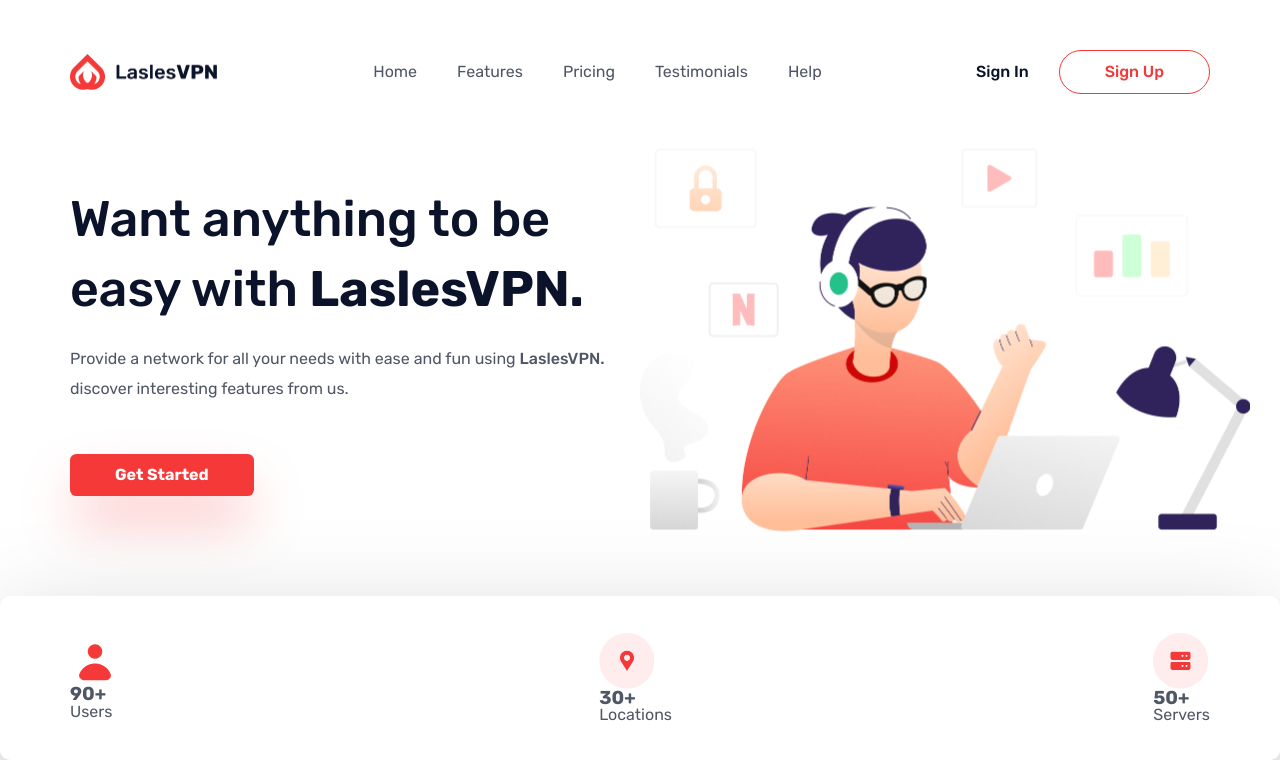
Repository: kebinh1235/lasles-demo
Page: index.html
These files come from the project's save history. The page is drawn as it stood at one moment and after the next save; the edit follows.
The browser window is 1280 px wide. The pictures show the whole page.
The style sheet was rebuilt from its Sass, Less or Tailwind sources for each picture, by a compiler version that may differ from the author's.

Above is the page before, as saved 2021-10-31 00:55:06.

### index.html
<!DOCTYPE html>
<html lang="en">
<head>
  <meta charset="UTF-8">
  <meta http-equiv="X-UA-Compatible" content="IE=edge">
  <meta name="viewport" content="width=device-width, initial-scale=1.0">
  <title>Lales VPN</title>
  <!-- Google Font -->
  <link rel="preconnect" href="https://fonts.googleapis.com">
  <link rel="preconnect" href="https://fonts.gstatic.com" crossorigin>
  <link href="https://fonts.googleapis.com/css2?family=Nunito:wght@300;400&family=Rubik:wght@400;500;700&display=swap" rel="stylesheet">
  <!-- CSS -->
  <link rel="stylesheet" href="./css/app.css">
</head>
<body>
  <div class="wrapper">
    <header class="header">
      <div class="container">
        <div class="header__container">
          <img class="header__logo" srcset="./images/logo.png 2x" alt="Logo">
          <ul class="menu">
            <li class="menu-item">
              <a href="#" class="menu-link">Home</a>
            </li>
            <li class="menu-item">
              <a href="#" class="menu-link">Features</a>
            </li>
            <li class="menu-item">
              <a href="#" class="menu-link">Pricing</a>
            </li>
            <li class="menu-item">
              <a href="#" class="menu-link">Testimonials</a>
            </li>
            <li class="menu-item">
              <a href="#" class="menu-link">Help</a>
            </li>
          </ul>
          <div class="header__auth">
            <a href="#" class="header__auth-signin">Sign In</a>
            <a href="#" class="btn btn__outline">Sign Up</a>
          </div>
        </div>
      </div>
    </header>
    <main>
      <section class="hero">
        <div class="container">
          <div class="hero__container">
            <div class="hero__content">
              <h1 class="hero__title">
                Want anything to be easy with <strong>LaslesVPN.</strong>
              </h1>
              <p class="hero__desc">Provide a network for all your needs with ease and fun using <strong>LaslesVPN.</strong> discover interesting features from us.</p>
              <a href="#" class="btn btn__primary">Get Started</a>
            </div>
            <div class="hero__img">
              <img srcset="./images/hero.png 2x" alt="">
            </div>
          </div>
        </div>
      </section>
      <section class="intro">
        <div class="container">
          <div class="intro__container">
            <div class="intro__item">
              <div class="intro__icon">
                <img src="./images/Icon/Group 1216.png" alt="Users" title="Users">
              </div>
              <div class="intro__info">
                <h3 class="intro__title">90+</h3>
                <span class="intro__text">Users</span>
              </div>
            </div>
            <div class="intro__item">
              <div class="intro__icon">
                <img srcset="./images/Icon/location.png 2x"alt="Location" title="Location">
              </div>
              <div class="intro__info">
                <h3 class="intro__title">30+</h3>
                <span class="intro__text">Locations</span>
              </div>
            </div>
            <div class="intro__item">
              <div class="intro__icon">
                <img srcset="./images/Icon/Server.png 2x" alt="Server" title="Server">
              </div>
              <div class="intro__info">
                <h3 class="intro__title">50+</h3>
                <span class="intro__text">Servers</span>
              </div>
            </div>
          </div>
        </div>
      </section>
    </main>
  </div>
</body>
</html>

### sass/app.scss
@import "variables";
@import "global";
@import "reset";
@import "header";
@import "hero";
@import "intro";

### sass/_variables.scss
$font: "Rubik", sans-serif;
$text-color: #4f5665;
$heading-color: #0b132a;
$primary-color: #f53838;
$gray-color: #DDE0E4;
$white-color: #fff;

### sass/_global.scss
.wrapper {
  max-width: 1440px;
  margin: 0 auto;
}
.container {
  max-width: 1170px;
  padding: 0 15px;
  margin: 0 auto;
}
body {
  font-family: $font;
  color: $text-color;
  line-height: 1;
  font-weight: 400;
}
.btn {
  display: inline-block;
  padding: 13px 45px;
  border-radius: 100rem;
  font-family: $font;
  line-height: 1;
  font-weight: 500;
  cursor: pointer;
  &__primary {
    background: $primary-color;
    font-weight: 700;
    color: $white-color;
    border-radius: 0.4rem;
    box-shadow: 0 30px 54px -5px rgba(245, 56, 56, 0.35);
    &:hover {
      background: $white-color;
      transition: all .3s linear;
      color: $primary-color;
      border: 1px solid;
    }
  }
  &__outline {
    background: transparent;
    color: $primary-color;
    border: 1px solid $primary-color;
    font-weight: 500;
    &:hover {
      background: $primary-color;
      transition: all .3s linear;
      color: $white-color;
    }
  }
}

### sass/_reset.scss
html {
box-sizing: border-box;
}
* {
  margin: 0;
  padding: 0;
  text-decoration: none;
  list-style: none;
}
*,*:before,*:after {
box-sizing: border-box;
}
input,
textarea,
select,
button{
outline: none;
}
input{
line-height: normal;
}
label,
button{
cursor: pointer;
}
a {
text-decoration: none;
}
img {
display: block;
max-width: 100%;
}

### sass/_header.scss
.header {
  padding-top: 50px;
  padding-bottom: 90px;
  &__container {
    display:flex;
    justify-content: space-between;
    align-items: center;
  }
  &__auth {
    display:flex;
    align-items: center;
    gap: 0 30px;
    text-transform: capitalize;
    font-weight: 500;
    &-signin {
      color: $heading-color;
    }
    &-signup {
      color: $primary-color;
      border: 1px solid $primary-color;
      padding: 13px 45px;
      border-radius: 100rem;
    }

  }
}
.menu {
  display: flex;
  align-self: center;
  gap: 0 40px;
  &-link {
    color: inherit;
  }
}

### sass/_hero.scss
.hero {
  padding-bottom: 100px;
  &__container {
    display:flex;
    justify-content: space-between;
    align-items: center;
    gap: 0 40px;
    position: relative;
  }
  &__content {
    width: 100%;
    max-width: 555px;
  }
  &__title {
    font-size: 50px;
    font-weight: 500;
    margin-bottom: 20px;
    line-height: calc(70 / 50);
    color: $heading-color;
  }
  &__desc {
    flex-shrink: 0;
    line-height: calc(30 / 16);
    margin-bottom: 50px;
    strong {
      font-weight: 500;
    }
  }
  &__img {
    position: absolute;
    top: 50%;
    transform: translate(40px, -50%);
    right: 0;
  }
}
@media (max-width: 1023px) {
  .hero__container {
    flex-direction: row;
  }
}

### sass/_intro.scss
.intro {
  background: #FFFFFF;
  border-radius: 10px;
  box-shadow: 0 42px 114px rgba(1, 3, 15, 0.26);
  padding: 37px 0;
  &__container {
    display:flex;
    justify-content: space-between;
    align-items: center;
  }
}

After the next save:
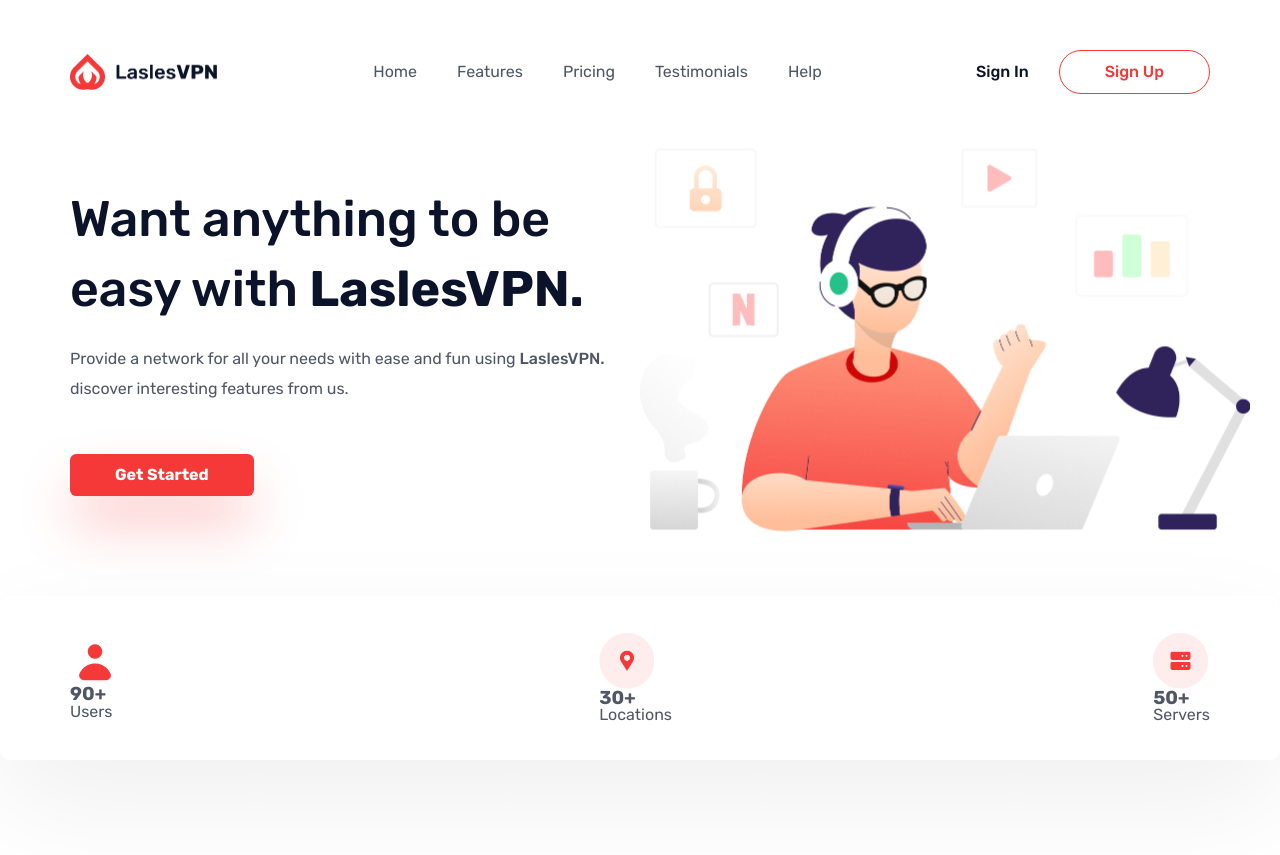
Saved 110 s later.
--- a/sass/_intro.scss
+++ b/sass/_intro.scss
@@ -1,8 +1,9 @@
 .intro {
   background: #FFFFFF;
   border-radius: 10px;
-  box-shadow: 0 42px 114px rgba(1, 3, 15, 0.26);
+  box-shadow: 0 42px 114px rgba(13,16,37, 0.064);
   padding: 37px 0;
+  margin-bottom: 95px;
   &__container {
     display:flex;
     justify-content: space-between;
